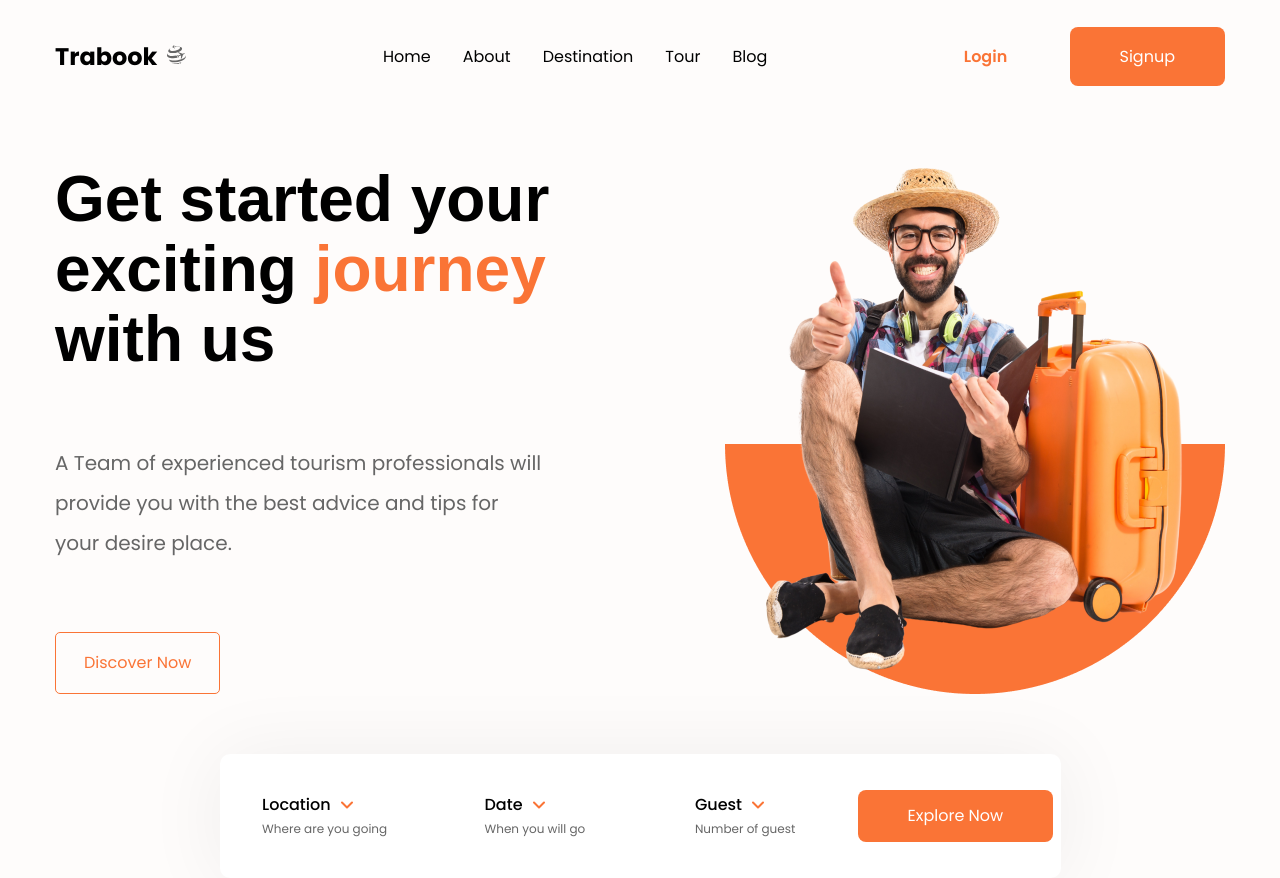
Repository: phobo99/phobo99.github.io
Page: Trabook/index.html
The author's editor kept a copy of each file at every save. The page is drawn from the files as they stood at one save, then again after the next save.
The browser window is 1280 px wide. The pictures show the whole page.
Some web fonts or font styles are not loaded; a fallback is used. Some web libraries are served in a nearby version. The style sheet was rebuilt from its Sass, Less or Tailwind sources for each picture, by a compiler version that may differ from the author's.

Above is the page before, as saved 2022-06-18 23:31:16.

After the next save:
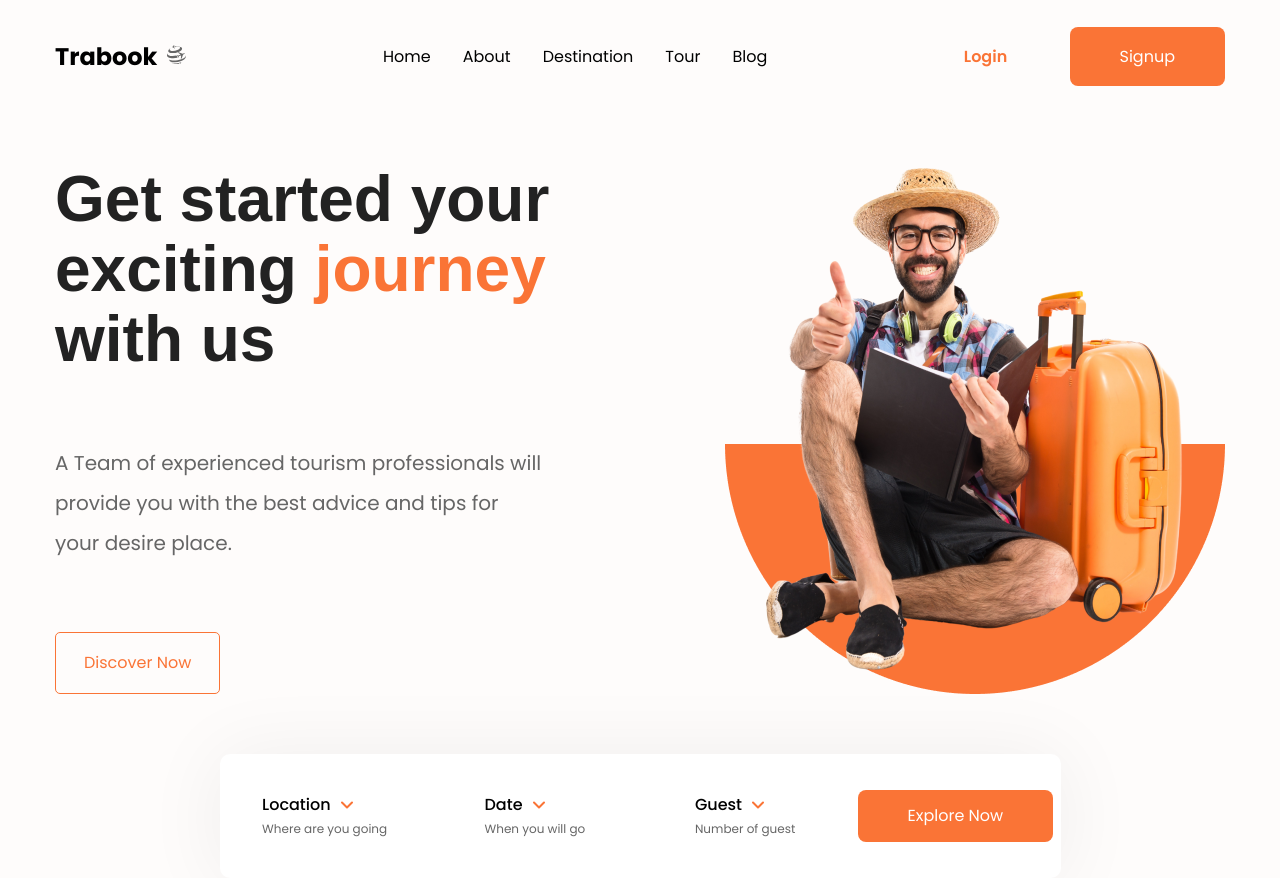
Saved 28 s later.
--- a/Trabook/style.scss
+++ b/Trabook/style.scss
@@ -46,6 +46,7 @@ h1 {
   font-weight: 700;
   font-size: 64px;
   line-height: 70px;
+  color: $header-color;
 }
 .container-fluid {
   .container {
